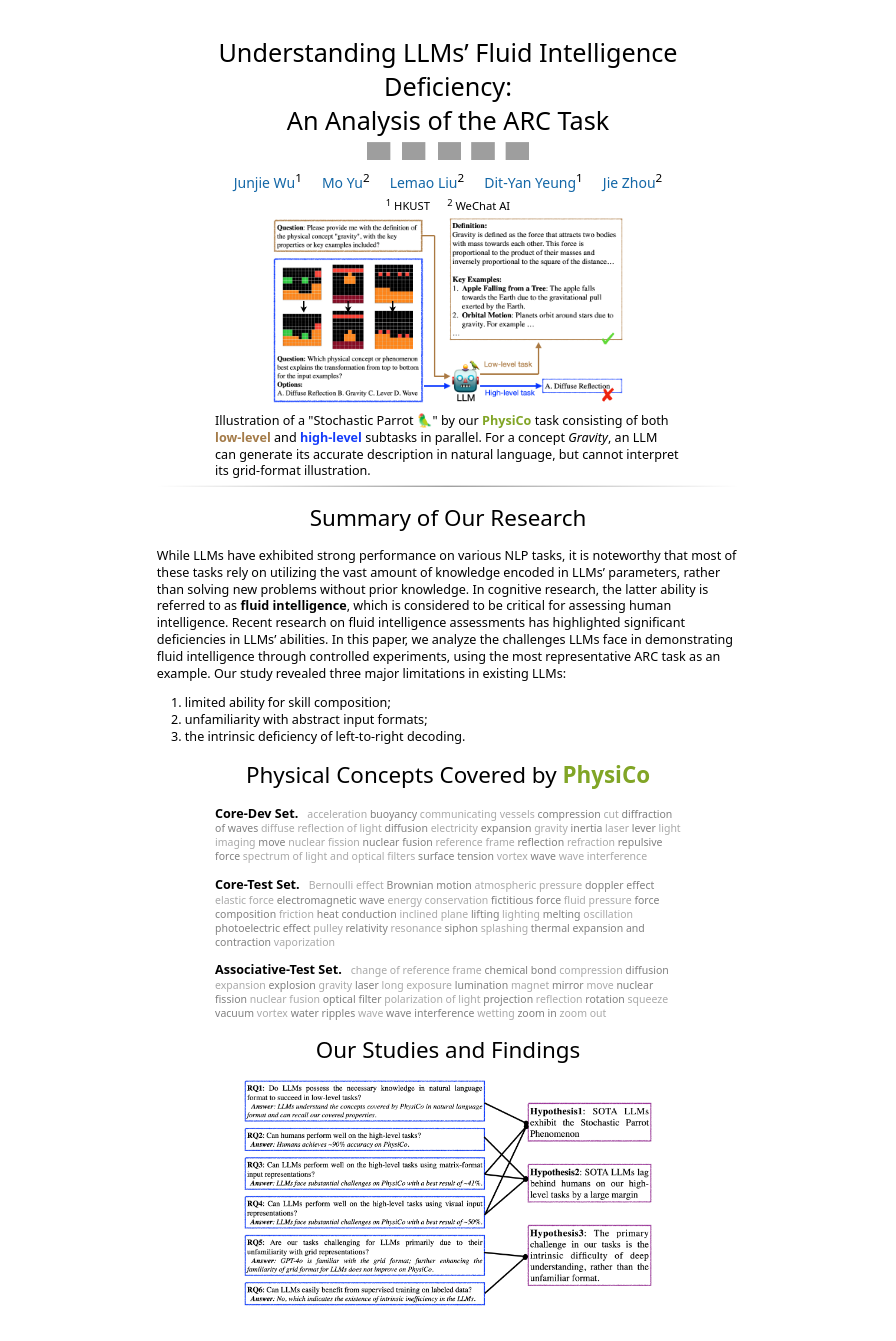
Repository: wujunjie1998/araoc-benchmark.github.io
Page: index.html
An editor plug-in stored every save of this project. The page is shown before and after the next save, followed by the edit.
The browser window is 1280 px wide. The pictures show the whole page, at 70% of full size.
Pictures or frames that could not be fetched are drawn as grey boxes.

Above is the page before, as saved 2025-02-07 21:14:15.

After the next save:
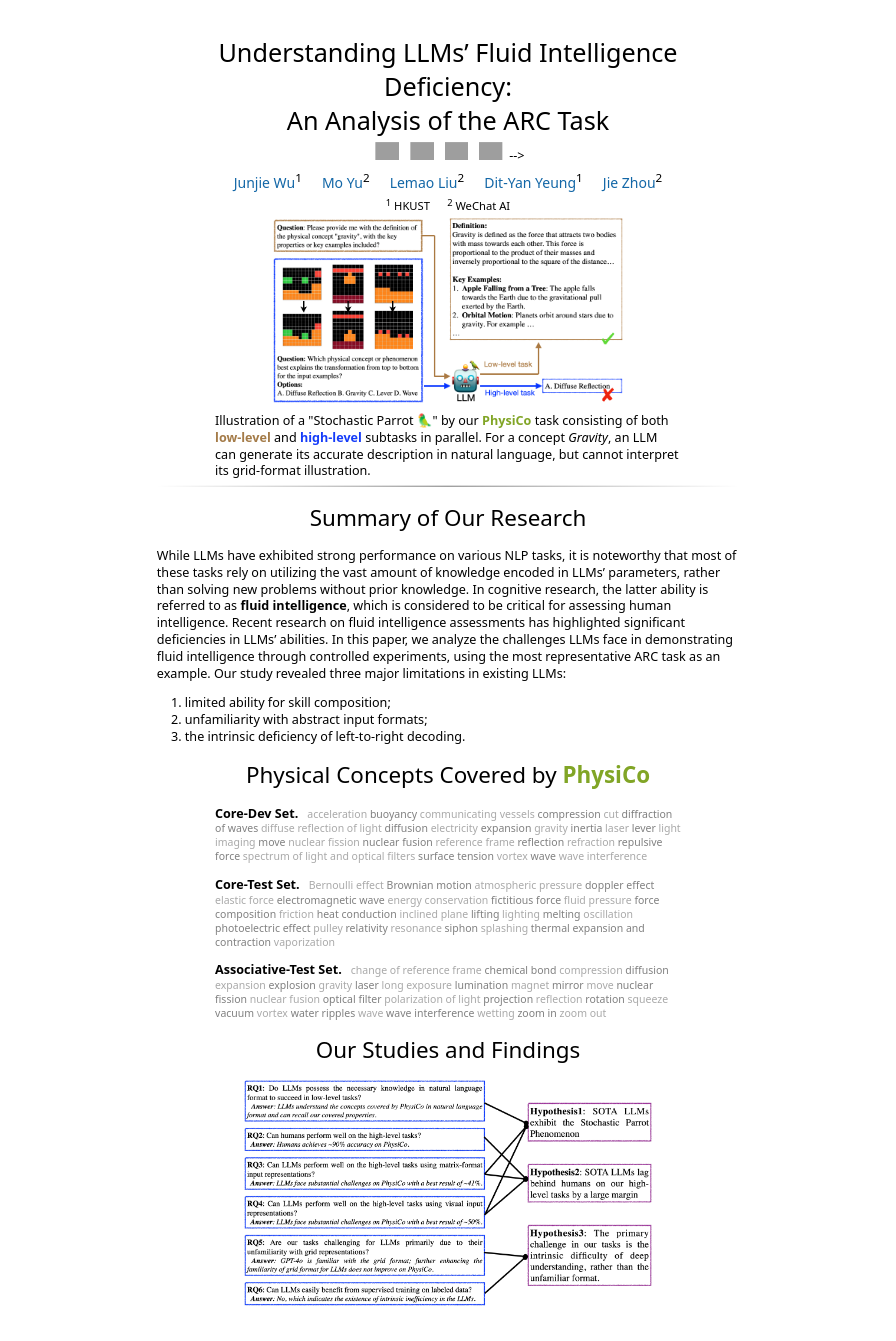
Saved 3 min 27 s later.
--- a/index.html
+++ b/index.html
@@ -29,6 +29,7 @@
           /></a>
         </span>
         <!-- * Dataset -->
+        <!--
         <span class="link-block">
           <a
             target="_blank"
@@ -38,6 +39,8 @@
               src="https://img.shields.io/badge/HuggingFace-Dataset-yellow?labelColor=lightgray&logo=huggingface" /><img
           /></a>
         </span>
+        -->
+
         <!-- * Code -->
         <span class="link-block">
           <a target="_blank" href="https://github.com/physico-benchmark/physico"
@@ -45,6 +48,7 @@
               class="badge"
               src="https://img.shields.io/badge/GitHub-Code-gray?labelColor=lightgray&logo=github&logoColor=gray" /><img /></a
         ></span>
+        <!--
         <!-- * Leaderboard -->
         <span class="link-block">
           <a href="./leaderboard.html"
@@ -59,6 +63,7 @@
               class="badge"
               src="https://img.shields.io/badge/Threads-black?labelColor=lightgray&logo=x&logoColor=gray" /><img /></a
         ></span>
+        -->
       </div>
       <div>
         <div class="author-list">
